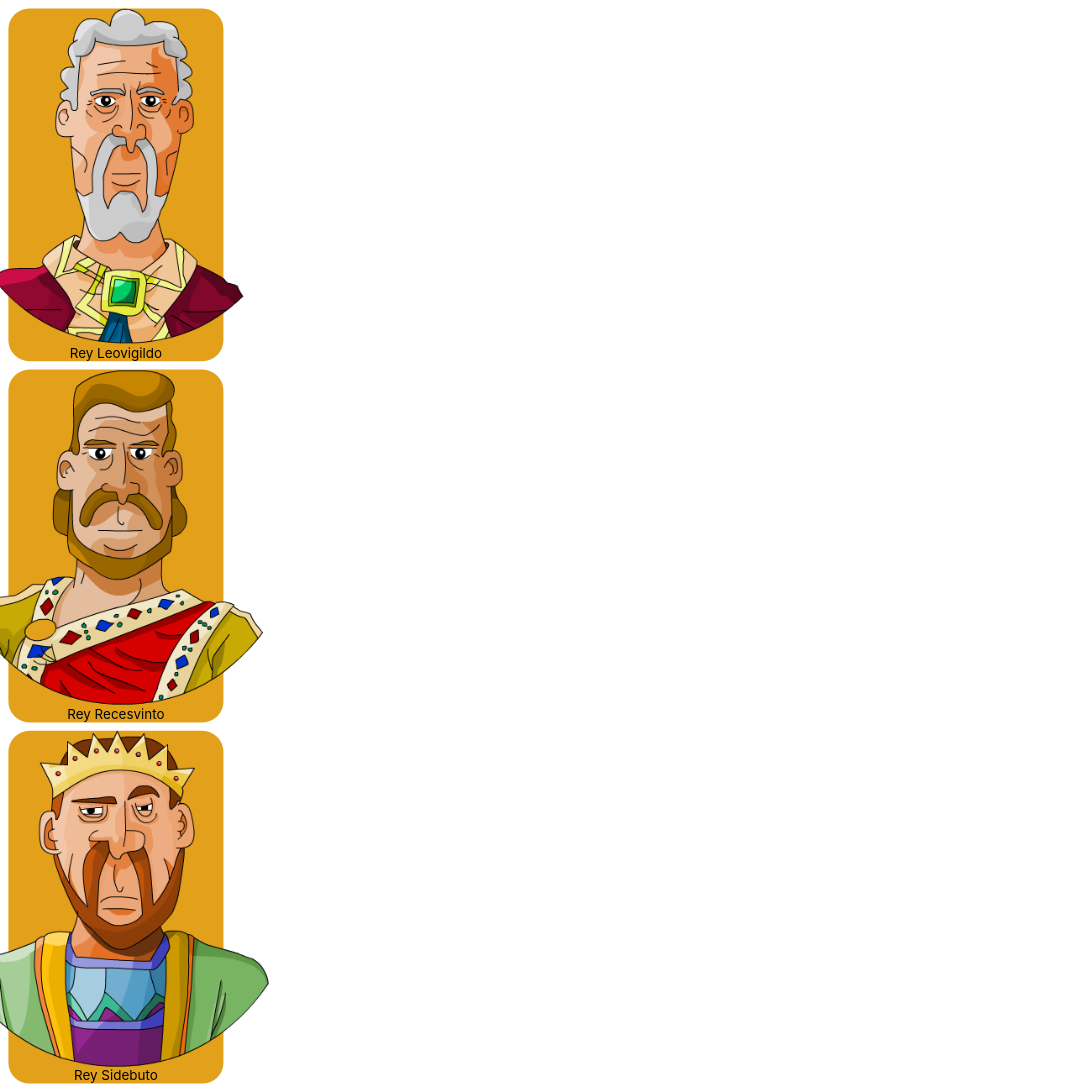
Repository: abgdev1997/ejercicios-react
Page: /
These files come from the project's save history. The page is drawn as it stood at one moment and after the next save; the edit follows.
The browser window is 1280 px wide. The pictures show the whole page, at 84% of full size.
The project was rebuilt for these pictures with package versions that can differ from the ones it lists, and the page was loaded fresh each time.

Above is the page before, as saved 2022-02-22 09:46:13.

After the next save:
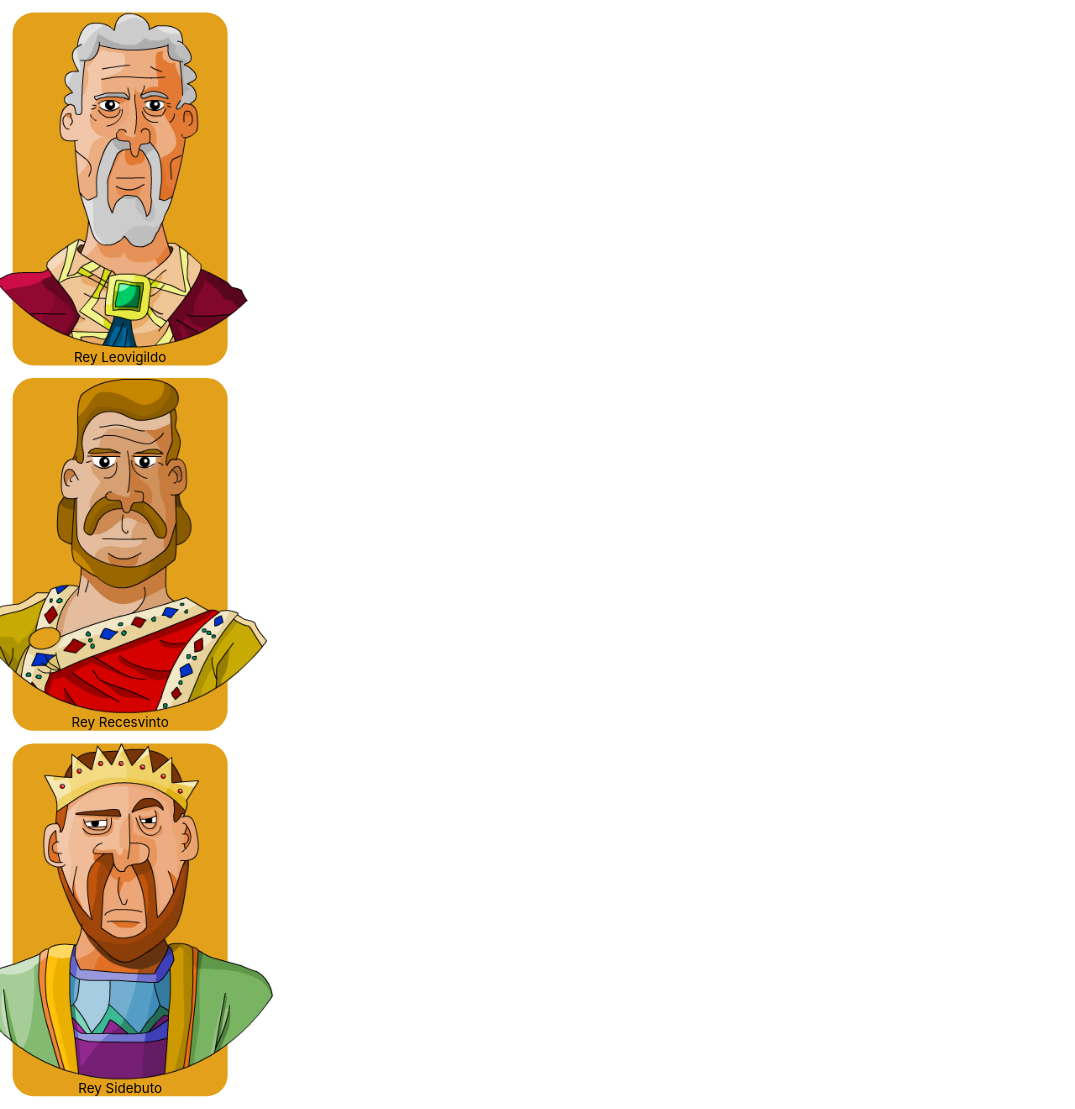
Saved 5 s later.
--- a/src/App.css
+++ b/src/App.css
@@ -9,5 +9,5 @@
   flex-direction: column;
   align-items:center;
   width: 20%;
-  margin: 10px;
+  margin: 15px;
 }
